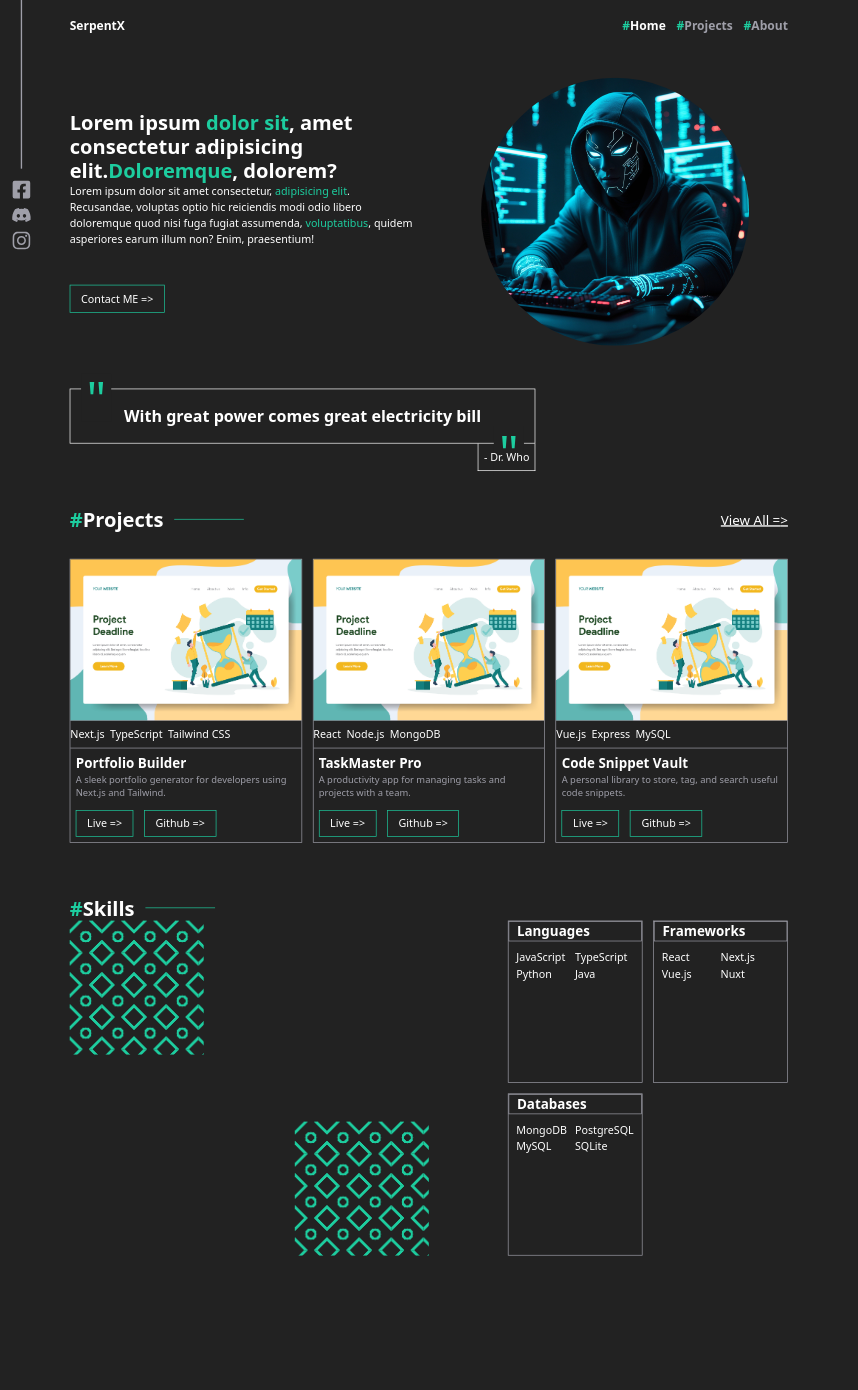
Repository: SERPENTX03/Portfolio-Tutorial
Page: /
These files come from the project's save history. The page is drawn as it stood at one moment and after the next save; the edit follows.
The browser window is 1280 px wide. The pictures show the whole page, at 67% of full size.
The project was rebuilt for these pictures with package versions that can differ from the ones it lists, and the page was loaded fresh each time. The framework's server and built-in components were replaced by stand-ins that run in the browser. Also part of the build but not shown: next.config.ts.

Above is the page before, as saved 2025-04-19 21:50:29.

### app/layout.tsx
import type { Metadata } from "next";
import { Geist, Geist_Mono } from "next/font/google";
import "./globals.css";
import SideContact from "@/components/SideContact";
import Navbar from "@/components/nav/Navbar";

const geistSans = Geist({
  variable: "--font-geist-sans",
  subsets: ["latin"],
});

const geistMono = Geist_Mono({
  variable: "--font-geist-mono",
  subsets: ["latin"],
});

export const metadata: Metadata = {
  title: "Create Next App",
  description: "Generated by create next app",
};

export default function RootLayout({
  children,
}: Readonly<{
  children: React.ReactNode;
}>) {
  return (
    <html lang="en">
      <body
        className={`${geistSans.variable} ${geistMono.variable} antialiased`}
      >
        <SideContact />
        <main className="max-w-[1200px] mx-auto sm:px-16 px-3">
          <Navbar />
          {children}
          <footer className="h-[200px]"></footer>
        </main>
      </body>
    </html>
  );
}

### app/page.tsx
import Hero from "@/components/Hero";
import Projects from "@/components/Projects";
import Skils from "@/components/Skils";

const Home = () => {
  return (
    <div>
      <Hero />
      <Projects />
      <Skils />
    </div>
  );
};
export default Home;

### app/globals.css
@import "tailwindcss";

@theme {
  --color-primary: #1dcd9f;
  --color-background: #222222;
  --color-text: #9f9fa9;
}

@utility hover-btn {
  @apply hover:bg-primary/30 transition-colors duration-300 ease-in-out border border-primary px-4 py-2 mt-14 cursor-pointer;
}

body {
  background-color: var(--color-background);
  color: white;
}

.pattern {
  background: linear-gradient(
      45deg,
      transparent 14%,
      #1dcd9f 15%,
      #1dcd9f 20%,
      transparent 21%,
      transparent 79%,
      #1dcd9f 80%,
      #1dcd9f 85%,
      transparent 86%
    ),
    linear-gradient(
      135deg,
      transparent 14%,
      #1dcd9f 15%,
      #1dcd9f 20%,
      transparent 21%,
      transparent 79%,
      #1dcd9f 80%,
      #1dcd9f 85%,
      transparent 86%
    ),
    radial-gradient(transparent 14%, #1dcd9f 15%, #1dcd9f 25%, transparent 26%);
  background-size: 3em 3em;
  opacity: 1;
}

### components/SideContact.tsx
import Link from "next/link";
import { FaFacebookSquare } from "react-icons/fa";
import { FaDiscord } from "react-icons/fa";
import { FaInstagram } from "react-icons/fa";

const SideContact = () => {
  return (
    <div className="fixed top-0 left-0 w-16 lg:flex flex-col hidden ">
      {/* Line */}
      <div className="h-[35vh] relative">
        <div className="h-full border border-text absolute top-0 left-1/2 -translate-x-1/2"></div>
      </div>
      {/* Socials */}
      <div className="text-text mt-4 flex flex-col gap-2 items-center">
        <Link target="_blank" href="https://www.facebook.com/serpentx.dev">
          <FaFacebookSquare size={30} />
        </Link>
        <Link target="_blank" href="https://discord.gg/serpentx">
          <FaDiscord size={30} />
        </Link>
        <Link target="_blank" href="https://www.instagram.com/serpentx.dev">
          <FaInstagram size={30} />
        </Link>
      </div>
    </div>
  );
};
export default SideContact;

### components/nav/Navbar.tsx
import MenuHamburger from "./MenuHamburger";
import Navlink from "./Navlink";

const Navbar = () => {
  return (
    <div className="flex justify-between items-center py-6">
      <h1 className="text-lg font-semibold ">SerpentX</h1>
      <Navlink />
      <MenuHamburger />
    </div>
  );
};
export default Navbar;

### components/Hero.tsx
import Image from "next/image";

const Hero = () => {
  return (
    <section className="mt-10">
      <div className="flex flex-col sm:flex-row justify-between gap-10 items-center">
        <div className="w-full sm:w-1/2">
          <h2 className="text-3xl font-bold">
            Lorem ipsum <span className="text-primary">dolor sit</span>, amet
            consectetur adipisicing elit.
            <span className="text-primary">Doloremque</span>, dolorem?
          </h2>
          <p>
            Lorem ipsum dolor sit amet consectetur,{" "}
            <span className="text-primary">adipisicing elit</span>. Recusandae,
            voluptas optio hic reiciendis modi odio libero doloremque quod nisi
            fuga fugiat assumenda,{" "}
            <span className="text-primary">voluptatibus</span>, quidem
            asperiores earum illum non? Enim, praesentium!
          </p>
          <button className="hover-btn ">Contact ME ={">"}</button>
        </div>
        <div className="w-full sm:w-1/2 flex justify-center">
          <Image
            className="object-cover rounded-full"
            src="/images/hero.jpg"
            alt="hero"
            width={400}
            height={400}
          />
        </div>
      </div>
      <div className="mt-16 flex justify-center border py-6 px-20 w-fit relative">
        <h5 className=" text-2xl font-bold ">
          With great power comes great electricity bill
        </h5>
        <span className="absolute -top-6 left-4 bg-background px-2 text-primary text-7xl">
          &quot;
        </span>
        <span className="absolute -bottom-12 h-fit right-4 bg-background px-2 text-primary text-7xl">
          &quot;
        </span>
        <span className="absolute right-[-1px] -bottom-10.5 border-x border-b p-2">
          - Dr. Who
        </span>
      </div>
    </section>
  );
};
export default Hero;

### components/Projects.tsx
import { projects } from "@/data/Project";
import Image from "next/image";
import Link from "next/link";

const Projects = () => {
  return (
    <section className="mt-24">
      <div className="flex justify-between items-center">
        <h2 className="text-3xl font-bold relative ">
          <span className="text-primary">#</span>Projects
          <span className="absolute -right-30 bottom-1/2 -translate-y-1/2 w-26 h-px bg-primary"></span>
        </h2>
        <Link className="text-xl underline" href="/projects">
          View All ={">"}
        </Link>
      </div>
      <div className="grid gird-cols-1 sm:grid-cols-2 md:grid-cols-3 gap-4 mt-10">
        {projects.slice(0, 3).map((project) => (
          <div key={project.id} className="border border-text">
            <Image
              src={project.image || ""}
              alt={project.title}
              width={300}
              height={300}
              className="w-full h-60 object-cover"
            />
            <div className="flex gap-2 py-2 border-y border-text">
              {project.language.map((lang) => (
                <p key={lang}>{lang}</p>
              ))}
            </div>
            <div className="p-2">
              <h3 className="text-xl font-bold">{project.title}</h3>
              <p className="text-sm text-text">{project.description}</p>
            </div>
            <div className="flex p-2">
              <div className="py-2 space-x-4">
                <Link href="/projects" className="hover-btn">
                  Live ={">"}
                </Link>
                <Link href="/projects" className="hover-btn">
                  Github ={">"}
                </Link>
              </div>
            </div>
          </div>
        ))}
      </div>
    </section>
  );
};
export default Projects;

### components/Skils.tsx
import { techStacks } from "@/data/Skils";
import { div } from "framer-motion/client";

const Skils = () => {
  return (
    <section className="mt-20">
      <h2 className="text-3xl font-bold relative w-fit">
        <span className="text-primary">#</span>Skills
        <span className="absolute -right-30 bottom-1/2 -translate-y-1/2 w-26 h-px bg-primary"></span>
      </h2>
      <div className="flex justify-between h-[500px]">
        {/* Pattern */}
        <div className="w-1/2 h-full relative ">
          <div className="w-[200px] h-[200px] pattern absolute top-0 left-0"></div>
          <div className="w-[200px] h-[200px] pattern absolute bottom-0 right-0"></div>
        </div>
        {/* Skils */}
        <div className="grid grid-cols-2 gap-4">
          {techStacks.map((skil, index) => (
            <div key={index} className=" border border-text">
              <h3 className="text-xl font-bold border-b border border-text px-3">
                {skil.title}
              </h3>
              <div className="grid grid-cols-2 p-3">
                {skil.items.map((item) => (
                  <div key={item.id}>
                    <p>{item.name}</p>
                  </div>
                ))}
              </div>
            </div>
          ))}
        </div>
      </div>
    </section>
  );
};
export default Skils;

### components/nav/MenuHamburger.tsx
"use client";
import { RiMenuFoldLine } from "react-icons/ri";
import { links } from "@/data/NavLink";
import { useEffect, useState } from "react";
import { IoClose } from "react-icons/io5";
import Link from "next/link";
import { usePathname } from "next/navigation";
import { motion, AnimatePresence } from "framer-motion";
import { FaDiscord, FaFacebookSquare, FaInstagram } from "react-icons/fa";

const MenuHamburger = () => {
  const [isOpen, setIsOpen] = useState(false);
  const pathname = usePathname();

  const handleOpen = () => {
    setIsOpen(!isOpen);
  };

  useEffect(() => {
    setIsOpen(false); // ปิดเมนูเมื่อ path เปลี่ยน
  }, [pathname]);
  return (
    <>
      <AnimatePresence mode="wait">
        {isOpen ? (
          <motion.div
            key="close"
            initial={{ rotate: -90, opacity: 0 }}
            animate={{ rotate: 0, opacity: 1 }}
            exit={{ rotate: 90, opacity: 0 }}
            transition={{ duration: 0.2 }}
            className="cursor-pointer block md:hidden z-50"
            onClick={handleOpen}
          >
            <IoClose size={30} />
          </motion.div>
        ) : (
          <motion.div
            key="menu"
            initial={{ rotate: 90, opacity: 0 }}
            animate={{ rotate: 0, opacity: 1 }}
            exit={{ rotate: -90, opacity: 0 }}
            transition={{ duration: 0.3 }}
            className="cursor-pointer block md:hidden z-10"
            onClick={handleOpen}
          >
            <RiMenuFoldLine size={30} />
          </motion.div>
        )}
      </AnimatePresence>
      {isOpen && (
        <ul className="fixed top-0 left-0 w-full h-screen bg-background ">
          <h1 className="text-2xl font-bold m-3">SerpentX</h1>
          {links.map((nav, index) => (
            <li
              key={index}
              className={`text-2xl m-3 font-semibold text-text ${
                pathname === nav.href ? "text-white" : "text-text"
              }`}
            >
              <Link href={nav.href}>
                <span className="text-primary">#</span>
                {nav.label}
              </Link>
            </li>
          ))}
        </ul>
      )}
      {isOpen && (
        <div className="fixed bottom-4 left-1/2 -translate-x-1/2 flex gap-4">
          <Link target="_blank" href="https://www.facebook.com/serpentx.dev">
            <FaFacebookSquare size={30} />
          </Link>
          <Link target="_blank" href="https://discord.gg/serpentx">
            <FaDiscord size={30} />
          </Link>
          <Link target="_blank" href="https://www.instagram.com/serpentx.dev">
            <FaInstagram size={30} />
          </Link>
        </div>
      )}
    </>
  );
};
export default MenuHamburger;

### components/nav/Navlink.tsx
"use client";
import { links } from "@/data/NavLink";
import Link from "next/link";
import { usePathname } from "next/navigation";

const Navlink = () => {
  const pathname = usePathname();
  return (
    <ul className="md:flex gap-4 hidden ">
      {links.map((nav, index) => (
        <li
          key={index}
          className={`text-lg font-semibold text-text ${
            pathname === nav.href ? "text-white" : "text-text"
          }`}
        >
          <Link href={nav.href}>
            <span className="text-primary">#</span>
            {nav.label}
          </Link>
        </li>
      ))}
    </ul>
  );
};
export default Navlink;

### data/Project.ts
export const projects = [
  {
    id: 1,
    title: "Portfolio Builder",
    description:
      "A sleek portfolio generator for developers using Next.js and Tailwind.",
    language: ["Next.js", "TypeScript", "Tailwind CSS"],
    image: "/images/project1.jpg",
  },
  {
    id: 2,
    title: "TaskMaster Pro",
    description:
      "A productivity app for managing tasks and projects with a team.",
    language: ["React", "Node.js", "MongoDB"],
    image: "/images/project1.jpg",
  },
  {
    id: 3,
    title: "Code Snippet Vault",
    description:
      "A personal library to store, tag, and search useful code snippets.",
    language: ["Vue.js", "Express", "MySQL"],
    image: "/images/project1.jpg",
  },
  {
    id: 4,
    title: "DevBlog Engine",
    description:
      "A markdown-powered blogging platform for developers with dark mode.",
    language: ["Next.js", "MDX", "Tailwind CSS"],
    image: "/images/project1.jpg",
  },
  {
    id: 5,
    title: "CryptoTracker",
    description:
      "Live cryptocurrency prices and portfolio manager with real-time charts.",
    language: ["React", "Chart.js", "CoinGecko API"],
    image: "/images/project1.jpg",
  },
  {
    id: 6,
    title: "EcomDash",
    description:
      "An admin dashboard for managing products, orders, and analytics.",
    language: ["Angular", "Firebase", "SCSS"],
    image: "/images/project1.jpg",
  },
  {
    id: 7,
    title: "ChatterBox",
    description:
      "A real-time chat application with private and group messaging.",
    language: ["React", "Socket.io", "Node.js"],
    image: "/images/project1.jpg",
  },
  {
    id: 8,
    title: "CodeQuiz Arena",
    description: "An interactive quiz app for coding topics with leaderboards.",
    language: ["Svelte", "TypeScript", "Supabase"],
    image: "/images/project1.jpg",
  },
  {
    id: 9,
    title: "WeatherZen",
    description:
      "A minimalist weather app with animated forecasts and map integration.",
    language: ["Vue.js", "OpenWeatherMap API", "Tailwind CSS"],
    image: "/images/project1.jpg",
  },
  {
    id: 10,
    title: "DesignSync",
    description: "Tool to sync design tokens between Figma and your codebase.",
    language: ["Electron", "Figma API", "TypeScript"],
    image: "/images/project1.jpg",
  },
];

### data/Skils.ts
export const techStacks = [
  {
    title: "Languages",
    items: [
      { id: 1, name: "JavaScript" },
      { id: 2, name: "TypeScript" },
      { id: 3, name: "Python" },
      { id: 4, name: "Java" },
    ],
  },
  {
    title: "Frameworks",
    items: [
      { id: 1, name: "React" },
      { id: 2, name: "Next.js" },
      { id: 3, name: "Vue.js" },
      { id: 4, name: "Nuxt" },
    ],
  },
  {
    title: "Databases",
    items: [
      { id: 1, name: "MongoDB" },
      { id: 2, name: "PostgreSQL" },
      { id: 3, name: "MySQL" },
      { id: 4, name: "SQLite" },
    ],
  },
];

### data/NavLink.ts
export const links = [
  {
    label: "Home",
    href: "/",
  },
  {
    label: "Projects",
    href: "/projects",
  },
  {
    label: "About",
    href: "/about",
  },
];

After the next save:
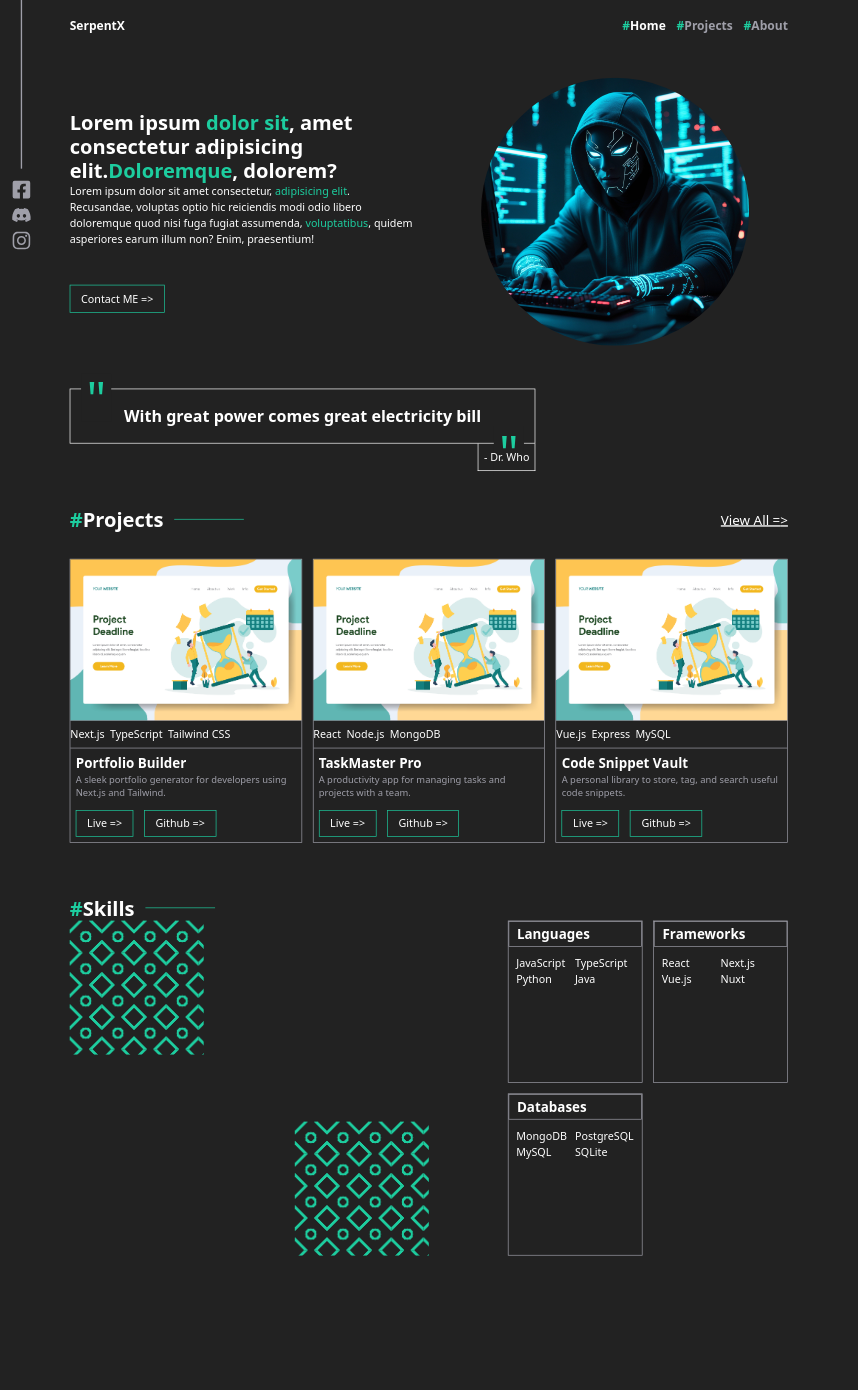
Saved 4 s later.
--- a/components/Skils.tsx
+++ b/components/Skils.tsx
@@ -18,7 +18,7 @@ const Skils = () => {
         <div className="grid grid-cols-2 gap-4">
           {techStacks.map((skil, index) => (
             <div key={index} className=" border border-text">
-              <h3 className="text-xl font-bold border-b border border-text px-3">
+              <h3 className="text-xl font-bold border-b border border-text px-3 py-1">
                 {skil.title}
               </h3>
               <div className="grid grid-cols-2 p-3">
